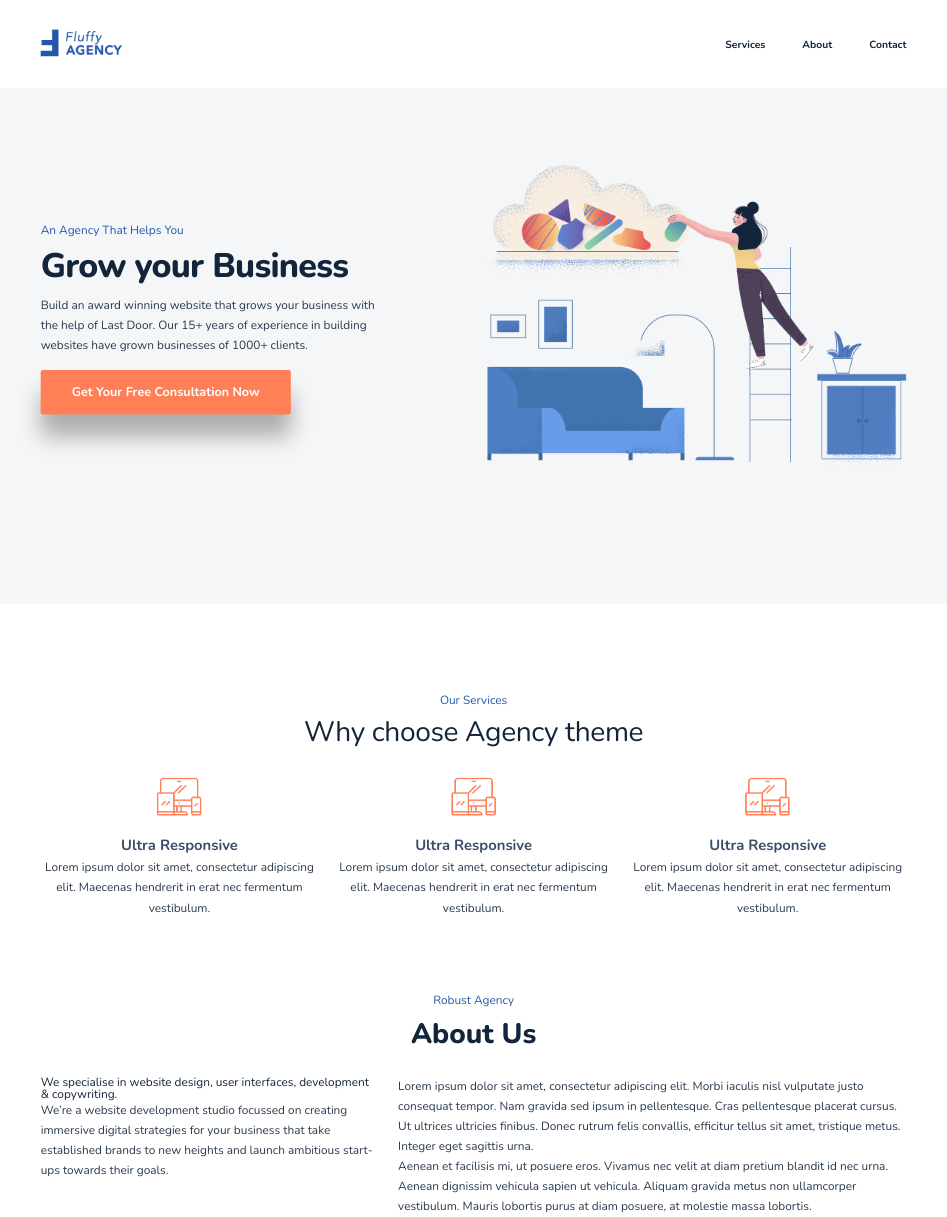
Repository: pixendrit/beetroot-fe-g1
Page: classwork/11 - Creating forms/fluffy-agency/index.html
These files come from the project's save history. The page is drawn as it stood at one moment and after the next save; the edit follows.
The browser window is 1280 px wide. The pictures show the whole page, at 74% of full size.

Above is the page before, as saved 2021-02-06 12:33:49.

### classwork/11 - Creating forms/fluffy-agency/index.html
<!DOCTYPE html>
<html lang="en">

<head>
  <meta charset="UTF-8">
  <meta http-equiv="X-UA-Compatible" content="IE=edge">
  <meta name="viewport" content="width=device-width, initial-scale=1.0">
  <link rel="preconnect" href="https://fonts.gstatic.com">
  <link href="https://fonts.googleapis.com/css2?family=Nunito:ital,wght@0,300;0,400;0,600;0,700;0,800;1,300;1,400;1,600;1,700;1,800&display=swap" rel="stylesheet">
  <link rel="stylesheet" href="./styles/style.css">
  <title>Fluffy Agency</title>
</head>

<body>
  <header class="main-header">
    <div class="container">
      <div class="flex-container">
        <a href="index.html" class="logo"><img src="./images/logo.png" alt="fluffy"></a>
        <nav class="main-nav">
          <ul>
            <li><a href="#">Services</a></li>
            <li><a href="#">About</a></li>
            <li><a href="#">Contact</a></li>
          </ul>
        </nav>
      </div>
    </div>
  </header>
  <main class="main-content">
    <section class="hero">
      <div class="container">
        <div class="flex-container">
          <div class="hero__text">
            <span class="subtitle">An Agency That Helps You</span>
            <h1>Grow your Business</h1>
            <p class="body-text">Build an award winning website that grows your business with the help of Last Door. Our 15+ years of experience in building websites have grown
              businesses of 1000+
              clients.</p>
            <a href="#" class="btn">Get Your Free Consultation Now</a>
          </div>
          <div class="hero__image"><img src="./images/uploading-illustration.png" alt="uploading-illustration"></div>
        </div>
      </div>
    </section>
    <section class="services full-block">
      <div class="container">
        <div class="services__headline">
          <span class="subtitle">Our Services</span>
          <h2>Why choose Agency theme</h2>
        </div>
        <div class="flex-container">
          <div class="service-box">
            <div class="service-box__icon">
              <img src="./images/icon-ultra-responsive.png" alt="icon-ultra-responsive">
            </div>
            <div class="service-box__content">
              <h4>Ultra Responsive</h4>
              <p class="body-text">Lorem ipsum dolor sit amet, consectetur adipiscing elit. Maecenas hendrerit in erat nec fermentum vestibulum.</p>
            </div>
          </div>
          <div class="service-box">
            <div class="service-box__icon">
              <img src="./images/icon-ultra-responsive.png" alt="icon-ultra-responsive">
            </div>
            <div class="service-box__content">
              <h4>Ultra Responsive</h4>
              <p class="body-text">Lorem ipsum dolor sit amet, consectetur adipiscing elit. Maecenas hendrerit in erat nec fermentum vestibulum.</p>
            </div>
          </div>
          <div class="service-box">
            <div class="service-box__icon">
              <img src="./images/icon-ultra-responsive.png" alt="icon-ultra-responsive">
            </div>
            <div class="service-box__content">
              <h4>Ultra Responsive</h4>
              <p class="body-text">Lorem ipsum dolor sit amet, consectetur adipiscing elit. Maecenas hendrerit in erat nec fermentum vestibulum.</p>
            </div>
          </div>
        </div>
      </div>
    </section>
    <section class="aboutus full-block">
      <div class="container">
        <div class="aboutus__text">
          <div class="abouts__heading">
            <span class="subtitle">Robust Agency</span>
            <h2>About Us</h2>
          </div>
          <div class="flex-container">
            <div class="aboutus__left">
              <h5>We specialise in website design, user interfaces, development & copywriting.</h5>
              <p class="body-text">We’re a website development studio focussed on creating immersive digital strategies for your business that take established brands to new
                heights and launch
                ambitious start-ups
                towards their goals.</p>
            </div>
            <div class="aboutus__right">
              <p class="body-text">
                Lorem ipsum dolor sit amet, consectetur adipiscing elit. Morbi iaculis nisl vulputate justo consequat tempor. Nam gravida sed ipsum in pellentesque. Cras
                pellentesque
                placerat
                cursus. Ut ultrices ultricies finibus. Donec rutrum felis convallis, efficitur tellus sit amet, tristique metus. Integer eget sagittis urna.
              </p>

              <p class="body-text">
                Aenean et facilisis mi, ut posuere eros. Vivamus nec velit at diam pretium blandit id nec urna. Aenean dignissim vehicula sapien ut vehicula. Aliquam gravida metus
                non ullamcorper
                vestibulum. Mauris lobortis purus at diam posuere, at molestie massa lobortis.
              </p>
            </div>
          </div>
        </div>
        <div class="aboutus__relax"></div>
      </div>
    </section>
  </main>
  <footer class="main-footer"></footer>
</body>

</html>

### classwork/11 - Creating forms/fluffy-agency/styles/style.css
html, body, div, span, applet, object, iframe,
h1, h2, h3, h4, h5, h6, p, blockquote, pre,
a, abbr, acronym, address, big, cite, code,
del, dfn, em, img, ins, kbd, q, s, samp,
small, strike, strong, sub, sup, tt, var,
b, u, i, center,
dl, dt, dd, ol, ul, li,
fieldset, form, label, legend,
table, caption, tbody, tfoot, thead, tr, th, td,
article, aside, canvas, details, embed,
figure, figcaption, footer, header, hgroup,
menu, nav, output, ruby, section, summary,
time, mark, audio, video {
	margin: 0;
	padding: 0;
	border: 0;
	font-size: 100%;
	font: inherit;
	vertical-align: baseline;
}
/* HTML5 display-role reset for older browsers */
article, aside, details, figcaption, figure,
footer, header, hgroup, menu, nav, section {
	display: block;
}
body {
	line-height: 1;
}
ol, ul {
	list-style: none;
}
blockquote, q {
	quotes: none;
}
blockquote:before, blockquote:after,
q:before, q:after {
	content: '';
	content: none;
}
table {
	border-collapse: collapse;
	border-spacing: 0;
}
*,*:before,*:after {
  box-sizing: border-box;
}
/* ============================================ */

body {
 font-family: 'Nunito', sans-serif;
 color: #13253A;
 font-size: 16px;
}
.container {
  max-width: 1170px;
  width: 100%;
  margin: 0 auto;
}
.full-block {
  float: left;
  width: 100%;
}

/* HEADER */
.main-header {
  float: left;
  width: 100%;
  padding-top:40px;
  padding-bottom:40px;
}
.main-header .flex-container {
  width: 100%;
  display: flex;
  align-items: center;
  justify-content: space-between;
}
.main-nav li {
  margin-right:50px;
}
.main-nav li:last-child {
  margin-right: 0;
}
.main-nav a {
  text-decoration: none;
  font-size: 14px;
  font-weight: 700;
  color: #13253A;
}
.main-nav a:hover {
  color: #FF7F57;
}
.main-nav ul {
  display: inline-flex;
}
/* END HEADER */
/* HERO BANNER */
.hero {
  float: left;
  width: 100%;
  background: #F4F6F7;
  padding-top: 103px;
  padding-bottom: 178px;
}
.hero .flex-container {
  display: flex;
  justify-content: space-between;
  align-items: center;
}
.hero__image {
  flex-shrink: 0;
  flex-grow: 0;
}
.hero__text {
  padding-right:130px;
}

.hero h1 {
  font-size: 46px;
  line-height: 1.33em;
  letter-spacing: -1px;
  color: #13253A;
  font-weight: 800;
  margin-bottom: 10px;
}
.hero p{
  margin-bottom: 20px;
}
.hero .btn {
  background: #FF7F57;
  box-shadow: 0px 30px 30px rgba(0, 0, 0, 0.3);
  border-radius: 3px;
  height: 60px;
  display: flex;
  align-items: center;
  justify-content: center;
  float: left;
  text-decoration: none;
  color: white;
  font-weight: 700;
  font-size: 17px;
  padding-left: 42px;
  padding-right: 42px;
}
/* END HERO BANNER */
/* SERVICES */
.services {
  padding-top: 120px;
  padding-bottom: 100px;
}
.services .flex-container {
  width: 100%;
  display: flex;
  justify-content: space-between;
}
.services__headline {
  float: left;
  width: 100%;
  text-align: center;
  margin-bottom: 30px;
}

.services__headline h2 {
  font-size: 38px;
  line-height: 52px;
  text-align: center;
  letter-spacing: -0.5px;
  color: #13253A;
}
.service-box {
  width: calc(33.333333% - 15px);
  display: flex;
  justify-content: center;
  flex-wrap: wrap;
  text-align: center;
}
.service-box__icon {
  margin-bottom: 20px;
}
.service-box h4 {
  font-weight: bold;
  font-size: 20px;
  line-height: 1.1em;
  text-align: center;
  margin-bottom: 5px;
  color: #3B4D6C;
}

.subtitle {
 float: left;
  width: 100%;
  font-weight: 500;
  font-size: 16px;
  line-height: 1.4em;
  color: #2557AB;
  margin-bottom: 5px;
}
/* END SERVICES */
/* ABOUT US */
.abouts__heading {
  float: left;
  width: 100%;
  text-align: center;
  margin-bottom: 30px;
}
.abouts__heading h2 {
  font-size: 38px;
  line-height: 1.5em;
  font-weight: 800;
  float: left;
  width: 100%;
  color: #13253A;
}
.aboutus__text .flex-container {
  width: 100%;
  display: flex;
  justify-content: space-between;
  align-items: flex-start;
}

.body-text {
  line-height: 169%;
  opacity: 0.9;
  color: #13253A;
}
.aboutus__left h5 {

}
.aboutus__left {
  width: calc(40% - 15px);
}
.aboutus__right {
  width: calc(60% - 15px);
}
/* END ABOUT US */

After the next save:
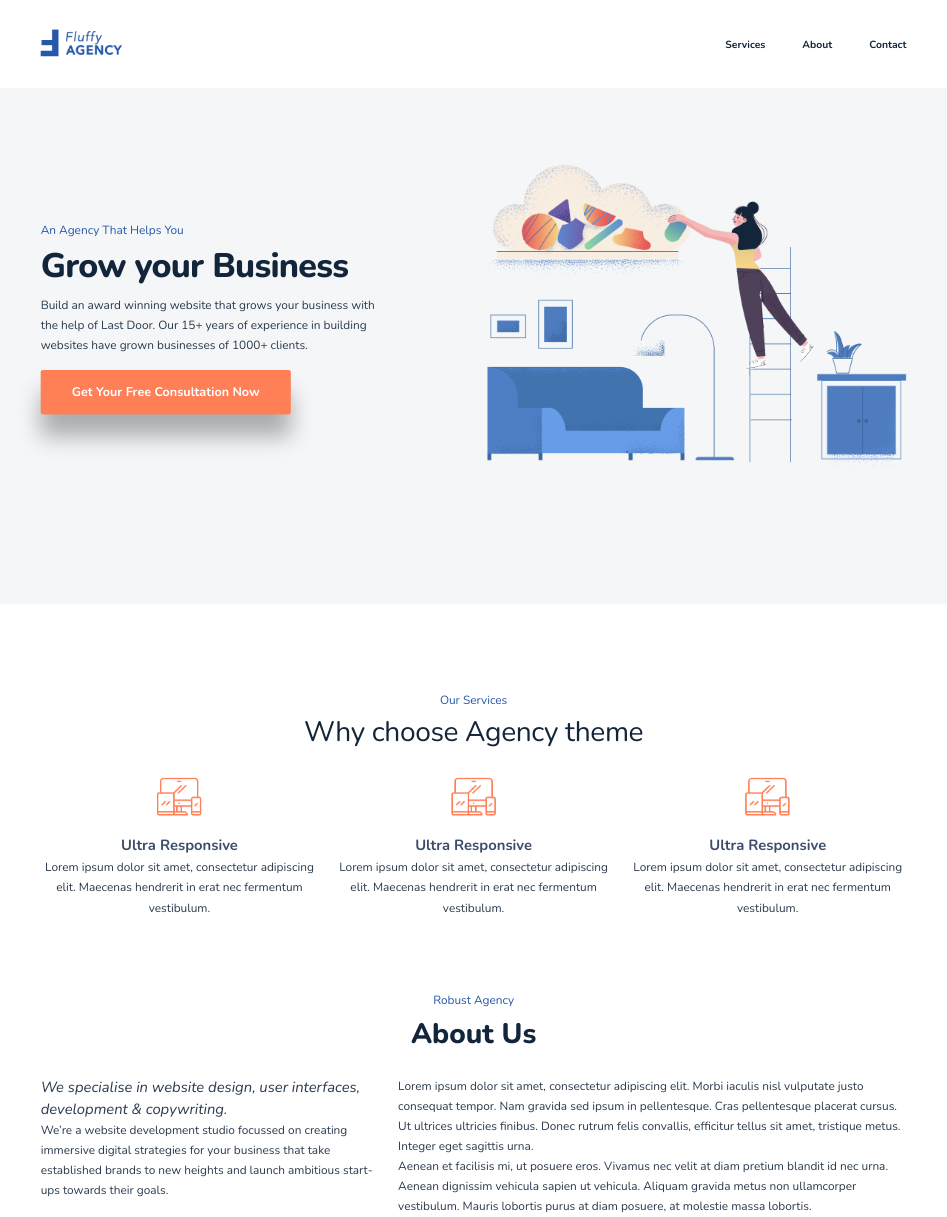
Saved 26 s later.
--- a/classwork/11 - Creating forms/fluffy-agency/styles/style.css
+++ b/classwork/11 - Creating forms/fluffy-agency/styles/style.css
@@ -223,7 +223,11 @@
   color: #13253A;
 }
 .aboutus__left h5 {
-
+  font-style: italic;
+  font-size: 20px;
+  line-height: 150%;
+  color: #13253A;
+  opacity: 0.9;
 }
 .aboutus__left {
   width: calc(40% - 15px);
